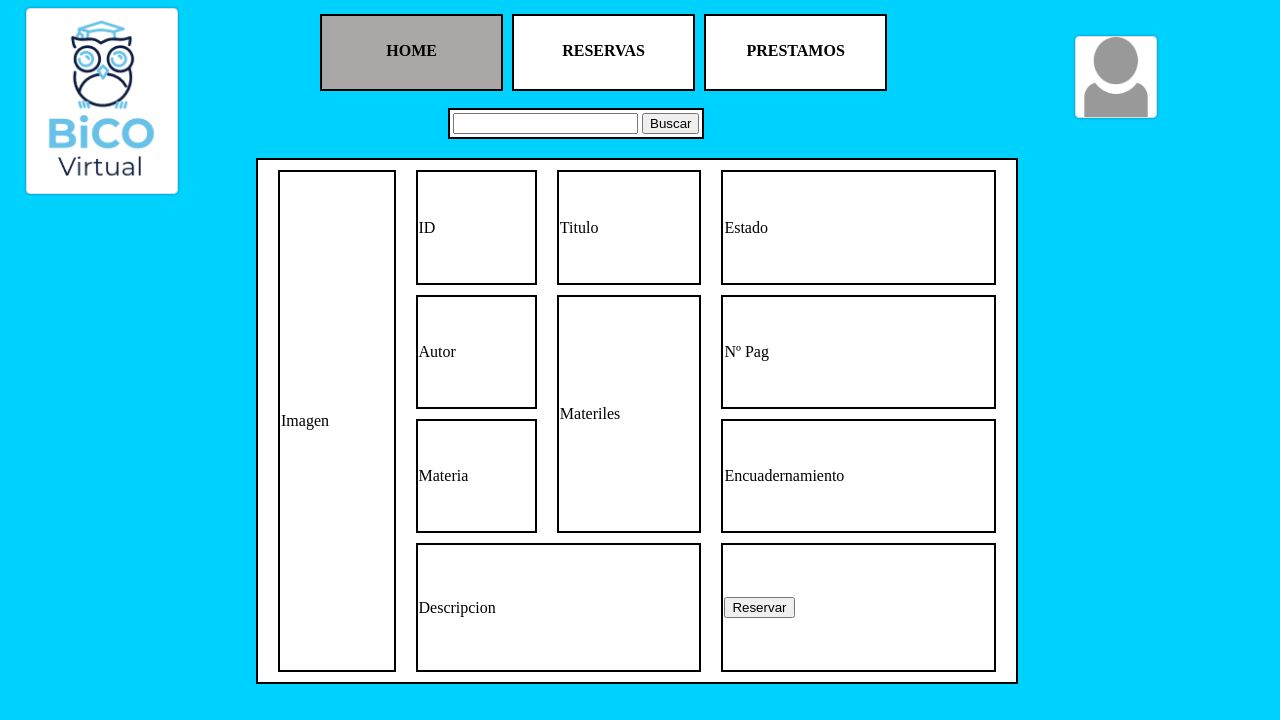
Repository: i72frpeu/IW_Bien
Page: http://localhost/Trabajo_IW/Vistas/Reserva.jsp
These files come from the project's save history. The page is drawn as it stood at one moment and after the next save; the edit follows.
The browser window is 1280 px wide. The pictures show the whole page.
The page is served by Tomcat 9.

Above is the page before, as saved 2020-05-16 20:01:03.

After the next save:
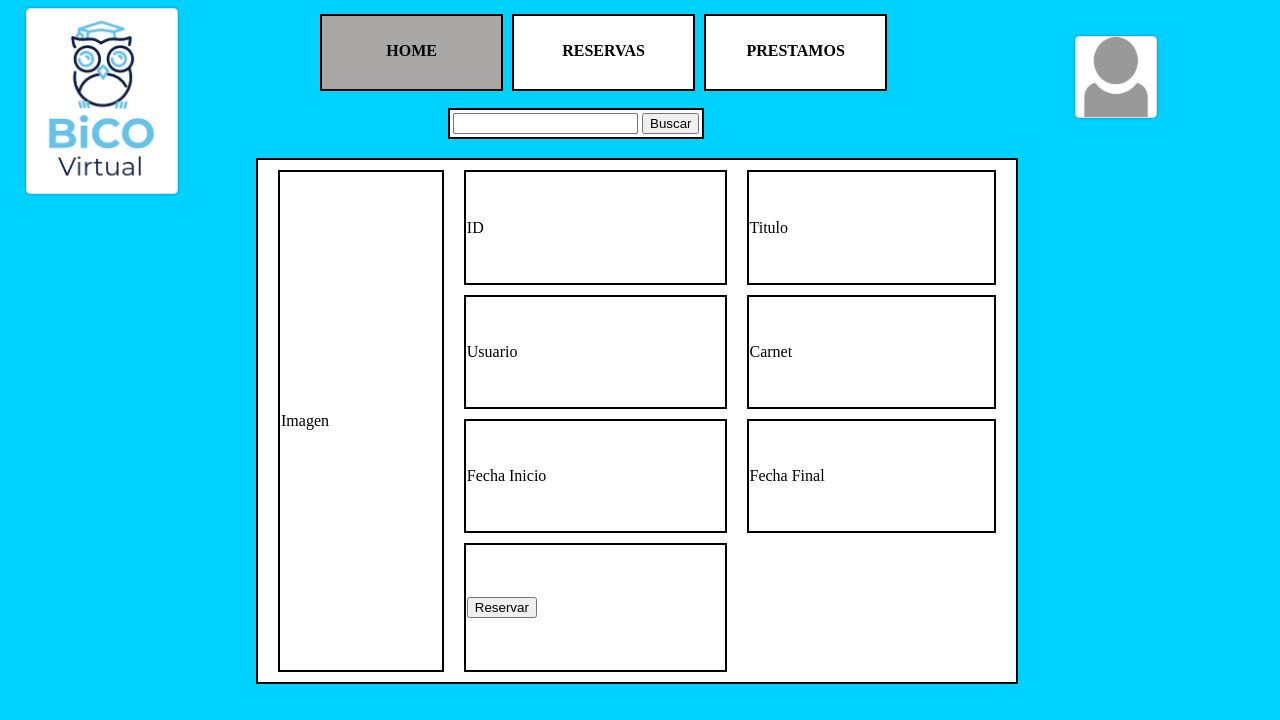
Saved 107 s later.
--- a/WorkSpace/Trabajo IW/WebContent/Vistas/Reserva.jsp
+++ b/WorkSpace/Trabajo IW/WebContent/Vistas/Reserva.jsp
@@ -29,16 +29,16 @@
   <div class="div_home">
   		<table class = "tablalibro">
 		<tr>
-			<td class = "tdlibro" rowspan = 4> Imagen </td> <td class = "tdlibro"> ID </td> <td class = "tdlibro"> Titulo </td> <td class = "tdlibro"> Estado </td>
+			<td class = "tdlibro" rowspan = 4> Imagen </td> <td class = "tdlibro"> ID </td> <td class = "tdlibro"> Titulo </td>
 		</tr>
 		<tr>
-			<td class = "tdlibro" > Autor </td> <td class = "tdlibro" rowspan = 2> Materiles </td> <td class = "tdlibro"> Nº Pag </td>
+			<td class = "tdlibro" > Usuario </td> <td class = "tdlibro"> Carnet</td>
 		</tr>
 		<tr>
-			<td class = "tdlibro"> Materia </td> <td class = "tdlibro"> Encuadernamiento </td>
+			<td class = "tdlibro"> Fecha Inicio </td> <td class = "tdlibro"> Fecha Final </td>
 		</tr>
 		<tr>
-			<td class = "tdlibro" colspan = 2> Descripcion </td> <td class = "tdlibro"> <a href = "Formulario Reservas.jsp"><button>Reservar</button></a> </td>
+			<td class = "tdlibro"> <a href = "Formulario Reservas.jsp"><button>Reservar</button></a> </td>
 		</tr>
 	</table>
   </div>
